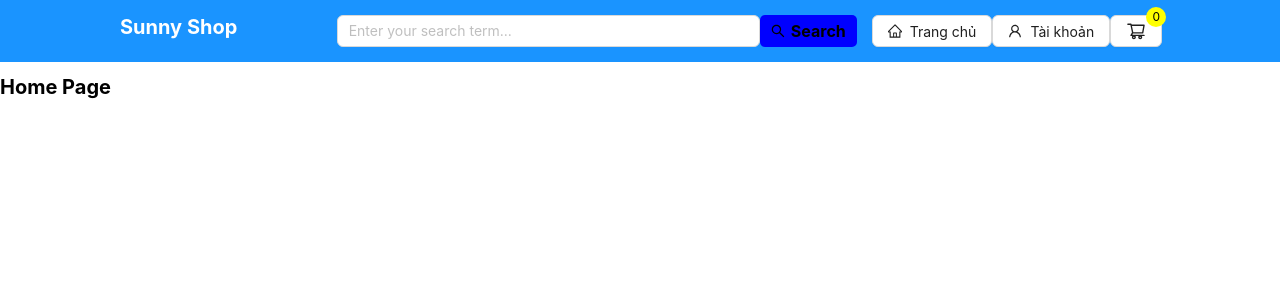
Repository: manhhieu120499/E-Commerce
Page: /
The author's editor kept a copy of each file at every save. The page is drawn from the files as they stood at one save, then again after the next save.
The browser window is 1280 px wide. The pictures show the whole page.
The project was rebuilt for these pictures with package versions that can differ from the ones it lists, and the page was loaded fresh each time. Also part of the build but not shown: src/pages/product/Product.js, src/pages/order/Order.js, src/pages/notFound/NotFound.js, src/layouts/NormalLayout/NormalLayout.js.

Above is the page before, as saved 2025-01-01 12:17:36.

### src/index.js
import React from "react";
import ReactDOM from "react-dom/client";
import App from "./App";
import reportWebVitals from "./reportWebVitals";
import GlobalStyle from "./GlobalStyles";
import { Provider } from "react-redux";
import store from "./redux/store";

const root = ReactDOM.createRoot(document.getElementById("root"));
root.render(
  <React.StrictMode>
    <Provider store={store}>
      <GlobalStyle>
        <App />
      </GlobalStyle>
    </Provider>
  </React.StrictMode>
);

// If you want to start measuring performance in your app, pass a function
// to log results (for example: reportWebVitals(console.log))
// or send to an analytics endpoint. Learn more: https://bit.ly/CRA-vitals
reportWebVitals();

### src/App.js
import React from "react";
import { BrowserRouter as Router, Route, Routes } from "react-router-dom";
import { publicRoute } from "./route";
function App() {
  return (
    <div className="App">
      <Router>
        <Routes>
          {publicRoute.map((route) => {
            const Page = route.component;
            const Layout = route.layout;
            return (
              <Route
                key={route.path}
                path={route.path}
                element={
                  <Layout>
                    <Page />
                  </Layout>
                }
              />
            );
          })}
        </Routes>
      </Router>
    </div>
  );
}

export default App;

### src/redux/store.js
import { configureStore } from "@reduxjs/toolkit";
import productSlice from "./slices/productSlice";

const store = configureStore({
    reducer: {
        product: productSlice
    }
})

export default store;

### src/route/index.js
import { Home, Product, Order, NotFound } from "../pages";
import { DefaultLayout, NormalLayout } from "../layouts";

const publicRoute = [
  {
    path: "/",
    component: Home,
    layout: DefaultLayout,
  },
  {
    path: "/product",
    component: Product,
    layout: DefaultLayout,
  },
  {
    path: "/order",
    component: Order,
    layout: DefaultLayout,
  },
  {
    path: "*",
    component: NotFound,
    layout: NormalLayout,
  },
];

const privateRoute = [];

export { publicRoute, privateRoute };

### src/GlobalStyles/GlobalStyles.js
import "./css/GlobalStyles.css";
export default function GlobalStyle({ children }) {
    return (
        <div className="wrapper">
            { children }
        </div>
    )
}

### src/redux/slices/productSlice.js
import { createSlice } from "@reduxjs/toolkit";

// const initialState = {
//     products: [],
// }

// export const productSlice = createSlice({
//     name: 'productSlice',
//     initialState,
//     reducers:{
//         setProduct: (state, action) => {
//             return {...state}
//         }
//     }
// })

const initialState = {
    value: 0
}

const productSlice = createSlice({
    name: 'productSlice',
    initialState,
    reducers: {
        increase: (state, action) => {
            return {...state, value: state.value + 1}
        },
        decrease: (state, action) => {
            return {...state, value: state.value - 1}
        }
    }
})

export const { increase, decrease } = productSlice.actions;

export default productSlice.reducer;

### src/pages/index.js
import Home from "./home";
import Product from "./product";
import Order from "./order";
import NotFound from "./notFound";

export { Home, Product, Order, NotFound };

### src/layouts/index.js
import DefaultLayout from "./DefaultLayout";
import NormalLayout from "./NormalLayout";

export { DefaultLayout, NormalLayout };

### src/GlobalStyles/css/GlobalStyles.css
/* @import "antd/dist/antd.css"; */
body {
  margin: 0;
  font-family: -apple-system, BlinkMacSystemFont, 'Segoe UI', 'Roboto', 'Oxygen',
    'Ubuntu', 'Cantarell', 'Fira Sans', 'Droid Sans', 'Helvetica Neue',
    sans-serif;
  -webkit-font-smoothing: antialiased;
  -moz-osx-font-smoothing: grayscale;
  box-sizing: border-box;
  padding: 0;
}

html {
  font-size: 62.5%;
}

.wrapper {
  max-width: 100vw;
  margin: 0 auto;
}

### src/pages/product/index.js
export { default } from './Product'

### src/layouts/NormalLayout/index.js
export { default } from "./NormalLayout";

### src/pages/home/Home.js
export default function Home({children}) {
    return (
        <h1>Home Page</h1>
    )
}

### src/layouts/DefaultLayout/DefaultLayout.js
import { Header } from "../../components";

export default function DefaultLayout({ children }) {
  return (
    <div className="wrapper">
      <Header />
      {children}
    </div>
  );
}

### src/components/index.js
import Header from "./Header";
import ButtonInputSearch from "./ButtonInputSearch";
export { Header, ButtonInputSearch };

### src/components/ButtonInputSearch/index.js
export { default } from "./ButtonInputSearch";

### src/components/Header/Header.js
import { Button, Col, Input, Row } from "antd";
import {
  ShoppingCartText,
  WrapperRow,
  WrapperShoppingCart,
  WrapperShoppingCartText,
  WrapperSpan,
} from "./HeaderStyle";
import Search from "antd/es/transfer/search";
import {
  HomeOutlined,
  ShoppingCartOutlined,
  UserOutlined,
} from "@ant-design/icons";
import ButtonInputSearch from "../ButtonInputSearch";

export default function Header({ children }) {
  return (
    <div>
      <WrapperRow>
        <Col span={5}>
          <WrapperSpan>Sunny Shop</WrapperSpan>
        </Col>
        <Col span={12} style={{ display: "flex", alignItems: "center" }}>
          <Input placeholder="Enter your search term..." />
          <ButtonInputSearch />
        </Col>
        <Col
          span={7}
          style={{
            display: "flex",
            alignItems: "center",
            justifyContent: "space-around",
            padding: "0 15px",
          }}
        >
          <Button>
            <HomeOutlined />
            <span>Trang chủ</span>
          </Button>
          <Button>
            <UserOutlined />
            <span>Tài khoản</span>
          </Button>
          <Button>
            <WrapperShoppingCart>
              <ShoppingCartOutlined style={{ fontSize: 20 }} />
              <WrapperShoppingCartText>
                <ShoppingCartText>0</ShoppingCartText>
              </WrapperShoppingCartText>
            </WrapperShoppingCart>
          </Button>
        </Col>
      </WrapperRow>
    </div>
  );
}

### src/components/ButtonInputSearch/ButtonInputSearch.js
import { SearchOutlined } from "@ant-design/icons";
import {
  WrapperButtonInputSearch,
  ButtonTextSpan,
} from "./ButtonInputSearchStyle";
function ButtonInputSearch() {
  return (
    <WrapperButtonInputSearch>
      <SearchOutlined />
      <ButtonTextSpan>Search</ButtonTextSpan>
    </WrapperButtonInputSearch>
  );
}

export default ButtonInputSearch;

### src/components/Header/HeaderStyle.js
import { Row } from "antd";
import styled from "styled-components";

export const WrapperRow = styled(Row)`
  padding: 15px 120px;
  background-color: rgb(26, 148, 255);
`;

export const WrapperSpan = styled.span`
  font-size: 20px;
  font-weight: 700;
  color: white;
`;

export const WrapperShoppingCart = styled.div`
  position: relative;
  width: 100%;
`;

export const WrapperShoppingCartText = styled.div`
  position: absolute;
  top: -14px;
  right: -20px;
  width: 20px;
  height: 20px;
  border-radius: 50%;
  background-color: yellow;
`;

export const ShoppingCartText = styled.span`
  font-size: 12px;
  color: black;
  line-height: 20px;
`;

### src/components/ButtonInputSearch/ButtonInputSearchStyle.js
import styled from "styled-components";

export const WrapperButtonInputSearch = styled.div`
  width: 100px;
  height: 100%;
  padding: 0 8px;
  display: flex;
  align-items: center;
  justify-content: space-around;
  background-color: blue;
  border-radius: 5px;
`;

export const ButtonTextSpan = styled.span`
  font-size: 16px;
  color: "white";
  font-weight: bold;
`;

Loaded but not shown: public/index.html (common file); src/reportWebVitals.js (common file); src/GlobalStyles/index.js (common file); src/pages/home/index.js (common file); src/pages/order/index.js (common file); src/pages/notFound/index.js (common file); src/layouts/DefaultLayout/index.js (common file); src/components/Header/index.js (common file)

After the next save:
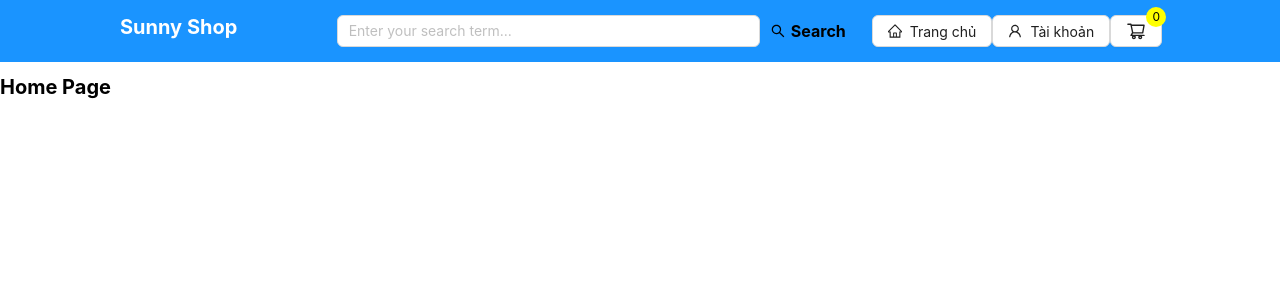
Saved 91 s later.
--- a/src/components/ButtonInputSearch/ButtonInputSearchStyle.js
+++ b/src/components/ButtonInputSearch/ButtonInputSearchStyle.js
@@ -7,7 +7,6 @@ export const WrapperButtonInputSearch = styled.div`
   display: flex;
   align-items: center;
   justify-content: space-around;
-  background-color: blue;
   border-radius: 5px;
 `;
 
